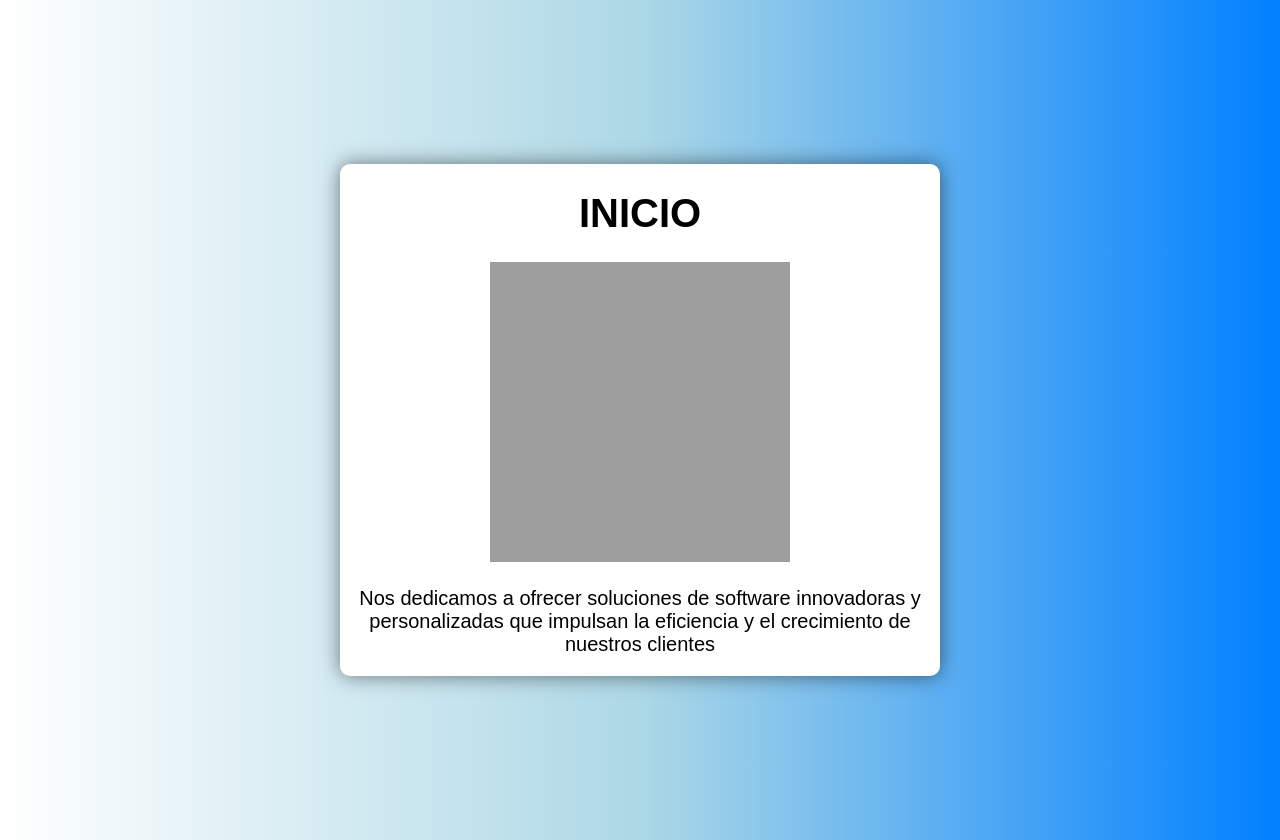
Repository: ANGELEDU141/TAREAWEBEWJASJDASJ
Page: http://localhost/JAVAWEBTAREA/WEB-INF/views/perfil.jsp
The author's editor kept a copy of each file at every save. The page is drawn from the files as they stood at one save, then again after the next save.
The browser window is 1280 px wide. The pictures show the whole page.
Pictures or frames that could not be fetched are drawn as grey boxes. The page is served by Tomcat 9. Nobody is signed in. Other server files are loaded and not shown. The template is opened directly, without the code that normally fills it, so the values that code supplies are empty.

Above is the page before, as saved 2024-09-01 10:52:45.

### JAVAWEBTAREA/src/main/webapp/WEB-INF/views/perfil.jsp
<%@ page language="java" contentType="text/html; charset=UTF-8"
    pageEncoding="UTF-8"%>
<!DOCTYPE html>
<html>
<head>
<meta charset="UTF-8">
<title>COMPANY CORP</title>
<link rel="icon" href="https://static.vecteezy.com/system/resources/previews/008/214/517/non_2x/abstract-geometric-logo-or-infinity-line-logo-for-your-company-free-vector.jpg">

<style type="text/css">

   body {
        margin: 0;
        padding: 60px;
        height: 100vh;
        display: flex;
        align-items:center;
         flex-direction: column;
        justify-content: center;
        align-items: center;
        font-family: Arial, sans-serif;
		background: linear-gradient(to right, rgb(255, 255, 255), rgb(173, 216, 230), rgb(0, 128, 255));

    }
    .container {

        max-width: 600px;

        background-color: white;
        box-shadow: 0px 0px 20px rgba(0, 0, 0, 0.5);
        text-align: center;
        border-radius: 10px;
        font-size: 20px;

    }

   		</style>


</head>
<body>
<div class="container">
        <h1>INICIO</h1>
        <img  width="300" height="300" src="https://static.vecteezy.com/system/resources/previews/008/214/517/non_2x/abstract-geometric-logo-or-infinity-line-logo-for-your-company-free-vector.jpg">
        <p> Nos dedicamos a ofrecer soluciones de software innovadoras y personalizadas que impulsan la eficiencia y el crecimiento de nuestros clientes </p>
    </div>



</body>
</html>

After the next save:
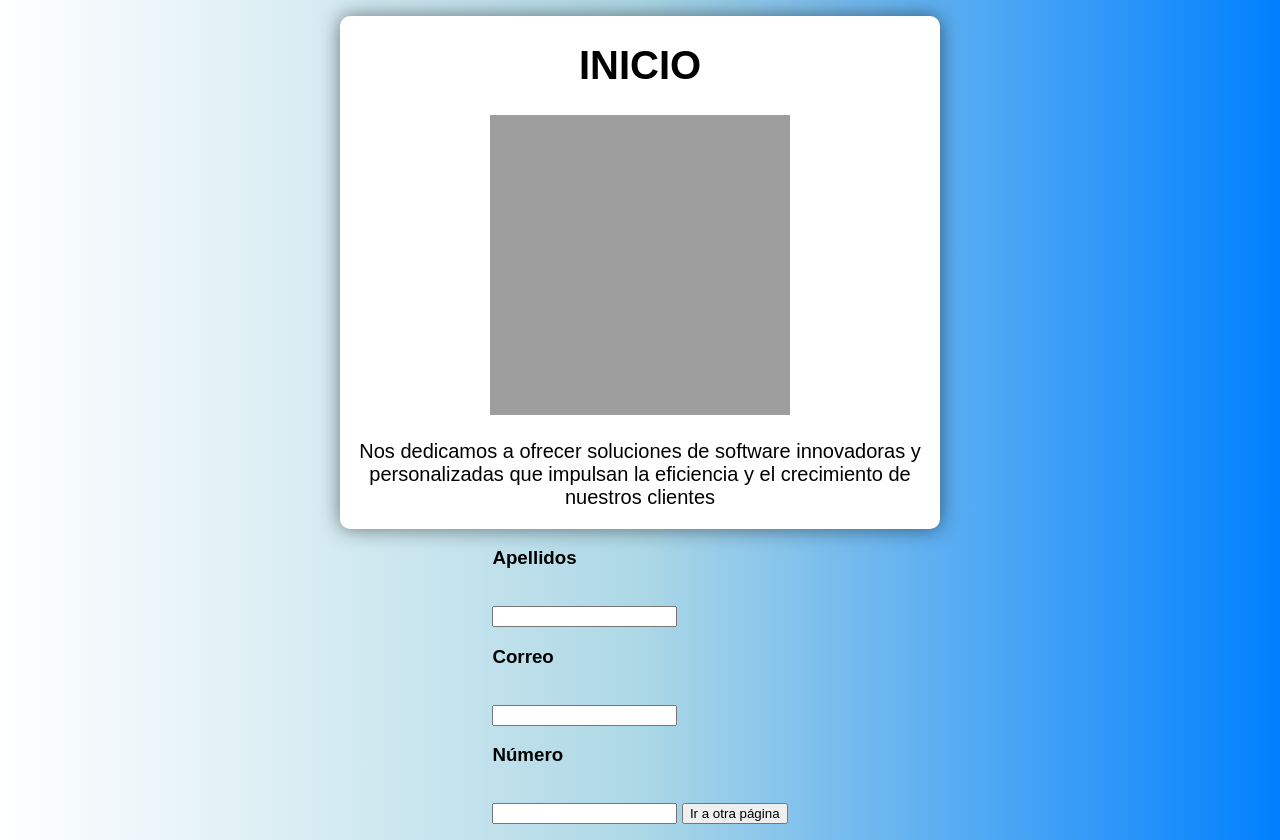
Saved 89 s later.
--- a/JAVAWEBTAREA/src/main/webapp/WEB-INF/views/perfil.jsp
+++ b/JAVAWEBTAREA/src/main/webapp/WEB-INF/views/perfil.jsp
@@ -45,7 +45,20 @@
         <p> Nos dedicamos a ofrecer soluciones de software innovadoras y personalizadas que impulsan la eficiencia y el crecimiento de nuestros clientes </p>
     </div>
 
+      <div class="quest">
 
+        <h3>Apellidos</h3><br>
+        <input>
+        <h3>Correo</h3><br>
+        <input>
+        <h3>Número</h3><br>
+         <input>
+
+         <button class="redirect-button" onclick="alert(window.location.href='${pageContext.request.contextPath}/concepto');">Ir a otra página</button>
+
+
+
+        </div>
 
 </body>
 </html>
